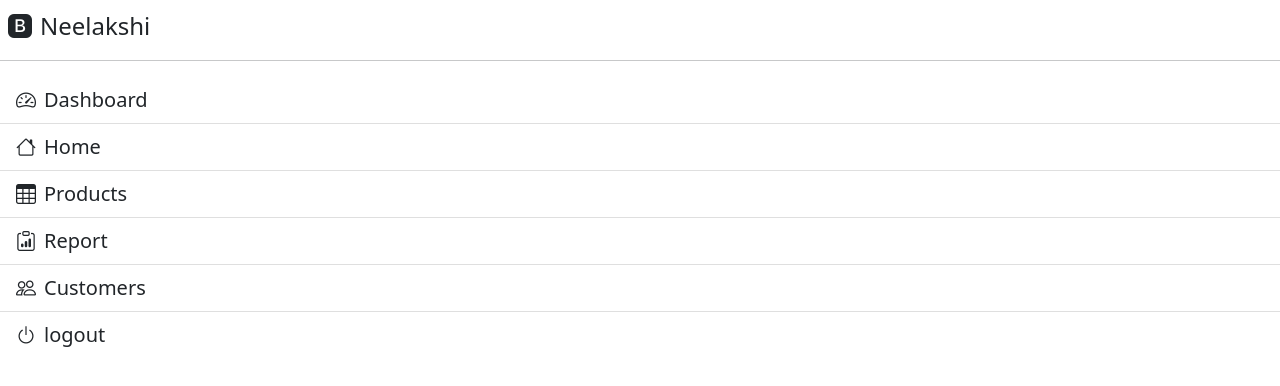
Repository: iqbalaamir/dashboard
Page: /
These files come from the project's save history. The page is drawn as it stood at one moment and after the next save; the edit follows.
The browser window is 1280 px wide. The pictures show the whole page.
The project was rebuilt for these pictures with package versions that can differ from the ones it lists, and the page was loaded fresh each time. Also part of the build but not shown: src/App.css.

Above is the page before, as saved 2023-04-24 18:59:27.

After the next save:
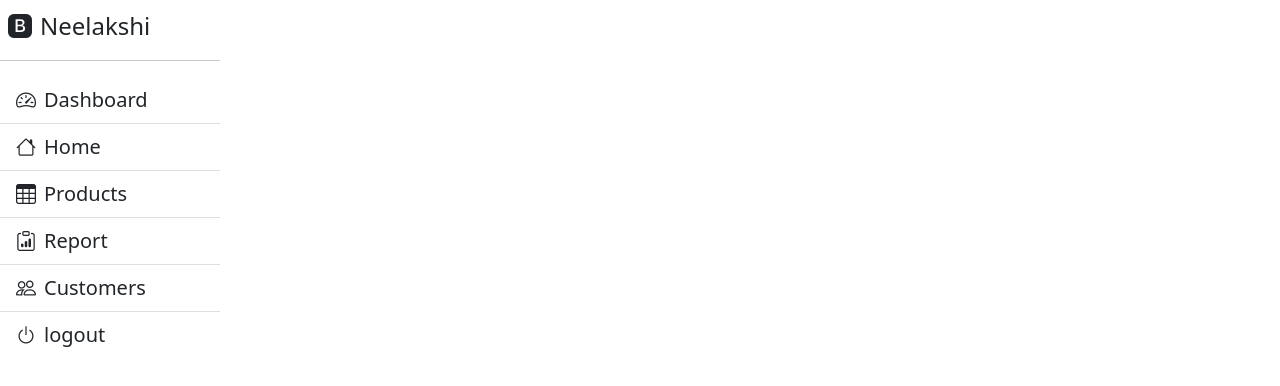
Saved 34 s later.
--- a/src/artifacts/SidebarComponent.js
+++ b/src/artifacts/SidebarComponent.js
@@ -1,7 +1,7 @@
 import React from 'react'
 import "bootstrap/dist/css/bootstrap.min.css";
 import "bootstrap-icons/font/bootstrap-icons.css";
-
+import "./style.css"
 function SidebarComponent() {
   return (
     <div className='bg-white sidebar'>
